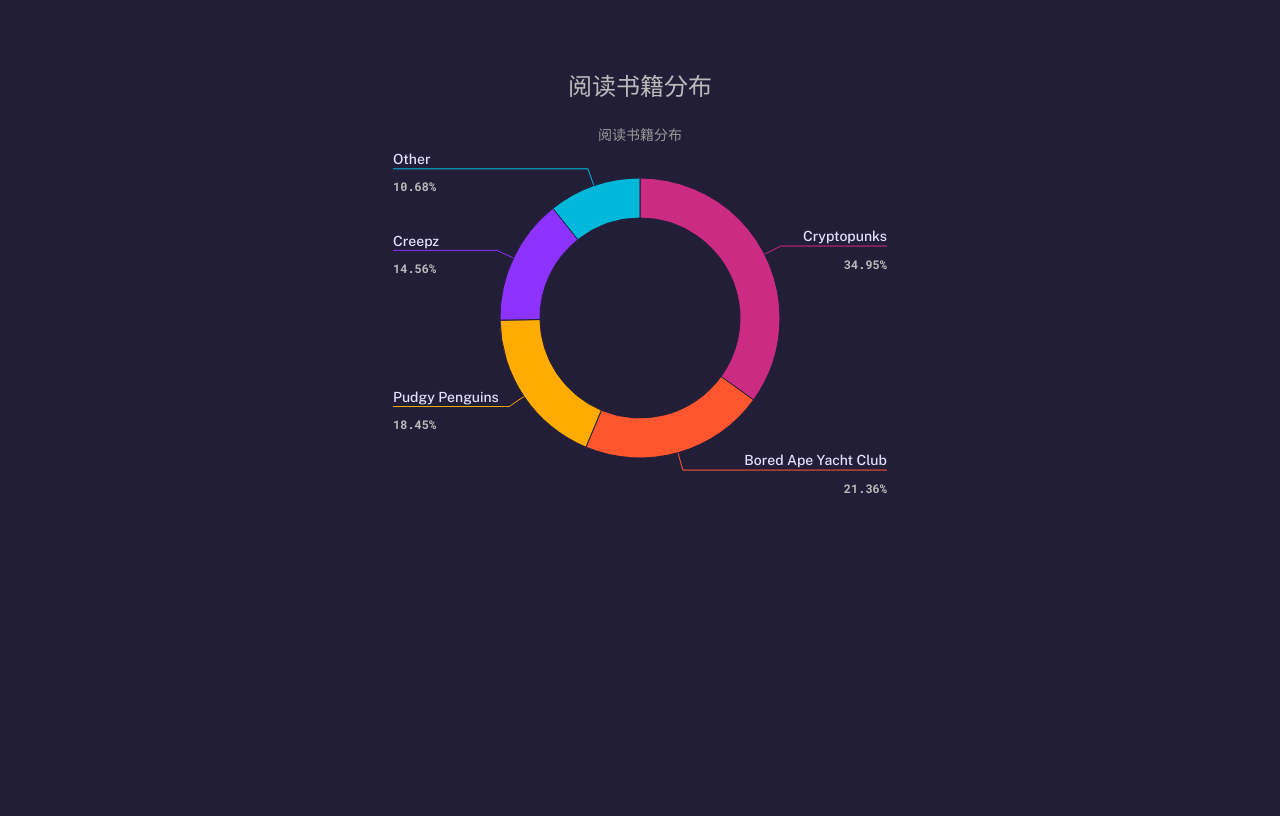
Repository: gorillabiscuit/Apache-eCharts-donut
Page: /
These files come from the project's save history. The page is drawn as it stood at one moment and after the next save; the edit follows.
The browser window is 1280 px wide. The pictures show the whole page.
The project was rebuilt for these pictures with package versions that can differ from the ones it lists, and the page was loaded fresh each time. Also part of the build but not shown: vite.config.ts.

Above is the page before, as saved 2025-08-14 16:06:07.

After the next save:
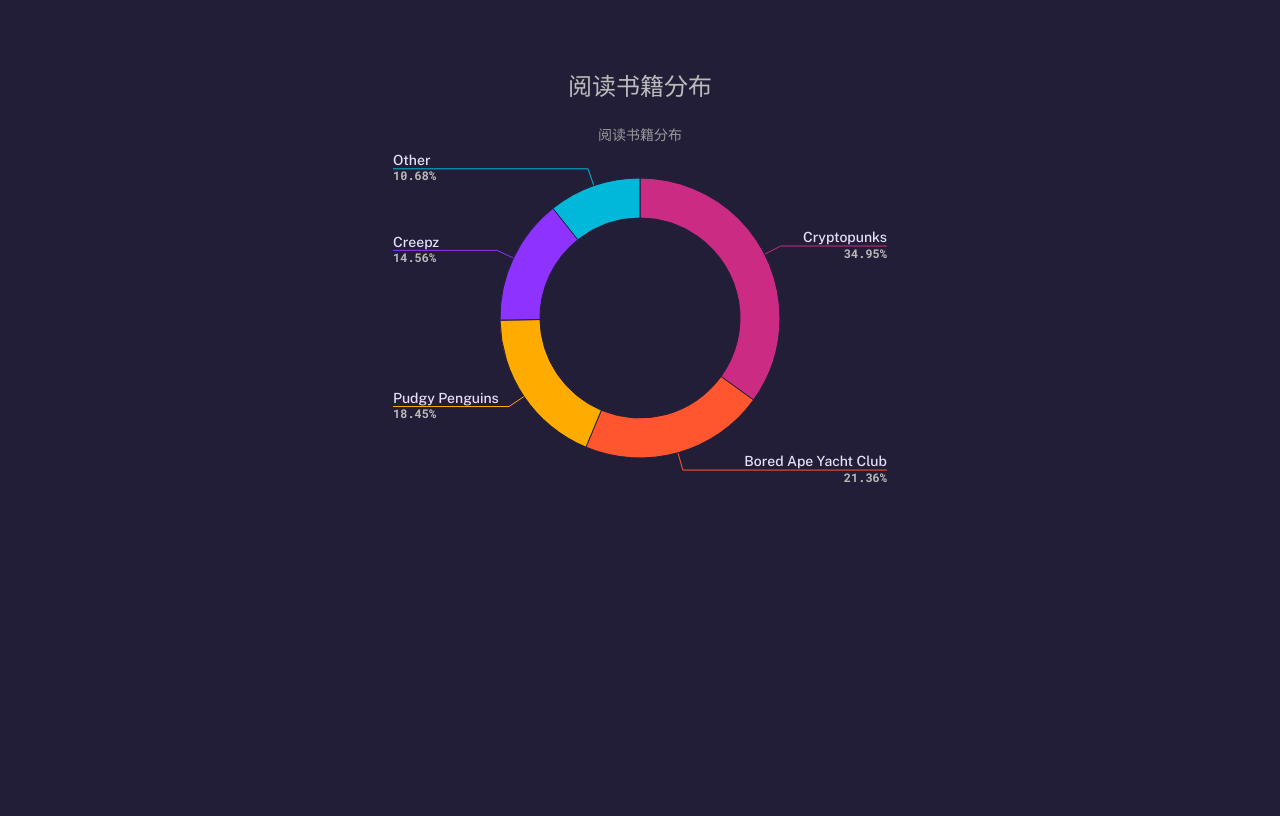
Saved 76 s later.
--- a/src/components/MultiPie.tsx
+++ b/src/components/MultiPie.tsx
@@ -55,7 +55,7 @@
             formatter: '{name|{b}}\n{percent|{d}%}',
             minMargin: 5,
             edgeDistance: 10,
-            lineHeight: 18,
+            lineHeight: 16,
             rich: {
               name: {
                 fontSize: 14,
@@ -67,8 +67,7 @@
                 fontSize: 12,
                 fontFamily: 'Roboto Mono',
                 fontWeight: 700,
-                color: '#BBB',
-                padding: [20, 0, 0, 0]
+                color: '#BBB'
               }
             }
           },
